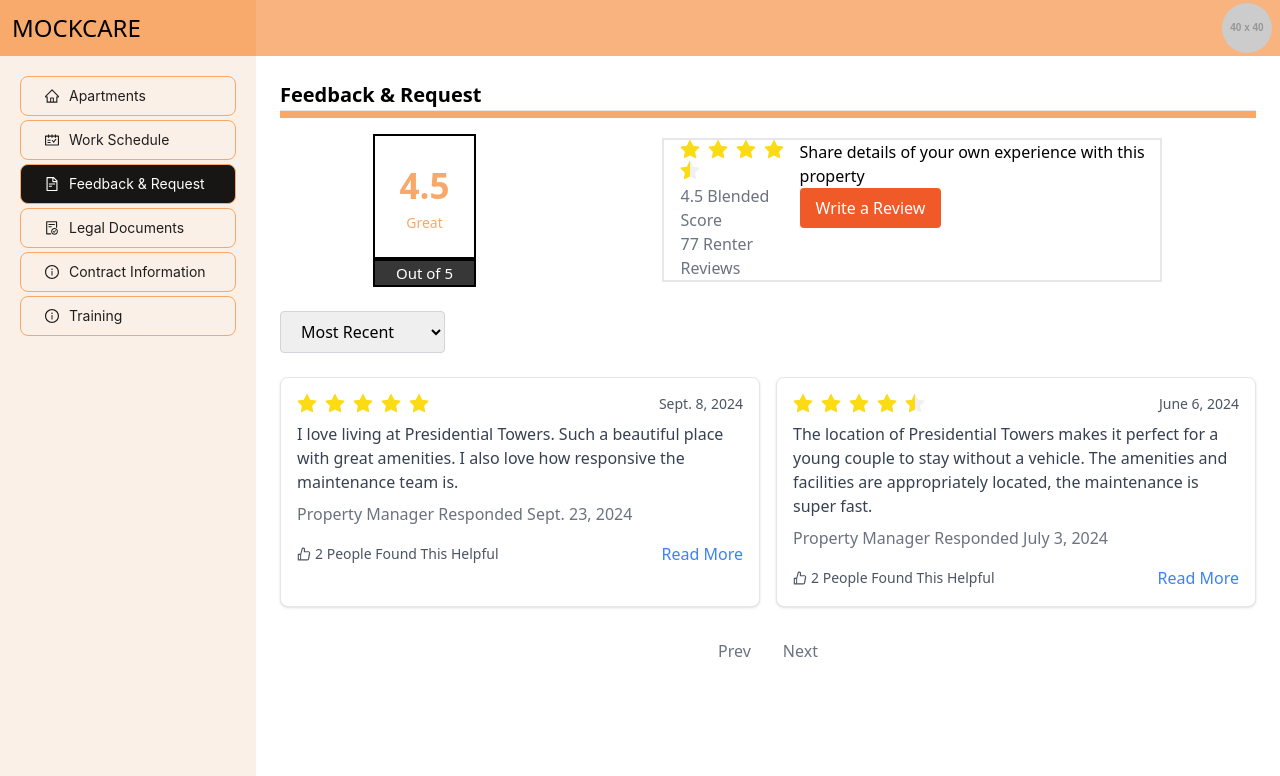
Repository: dunh-real/MockProject_102024_Nhom4
Page: / (app in frontend/)
These files come from the project's save history. The page is drawn as it stood at one moment and after the next save; the edit follows.
The browser window is 1280 px wide. The pictures show the whole page.
The project was rebuilt for these pictures with package versions that can differ from the ones it lists, and the page was loaded fresh each time. Also part of the build but not shown: frontend/vite.config.js, frontend/vite.config.ts, frontend/src/App.css, frontend/src/component/ReviewModal.tsx.

Above is the page before, as saved 2024-10-09 13:16:36.

### frontend/src/App.tsx

import './App.css'
import ReviewList from './pages/Feedback&Request/Feedback&Request'
// import LoginForm from './pages/Login/Login'

function App() {


  return (
    <>
      {/* <LoginForm/> */}
      <ReviewList/>
    </>
  )
}

export default App

### frontend/src/pages/Feedback&Request/Feedback&Request.tsx
import React, { useState } from 'react';
import { Rate } from 'antd'; // Dùng Antd cho Rate, có thể thay thế bằng biểu tượng của Tailwind nếu cần
import { LikeOutlined } from '@ant-design/icons';
import ReviewModal from '../../component/ReviewModal';
import Sidebar from '../../component/Sidebar';

interface Review {
    date: string;
    rating: number;
    text: string;
    managerResponse: string;
    helpfulCount: number;
}

const reviews: Review[] = [
    {
        date: 'Sept. 8, 2024',
        rating: 5,
        text: 'I love living at Presidential Towers. Such a beautiful place with great amenities. I also love how responsive the maintenance team is.',
        managerResponse: 'Property Manager Responded Sept. 23, 2024',
        helpfulCount: 2,
    },
    {
        date: 'June 6, 2024',
        rating: 4.5,
        text: 'The location of Presidential Towers makes it perfect for a young couple to stay without a vehicle. The amenities and facilities are appropriately located, the maintenance is super fast.',
        managerResponse: 'Property Manager Responded July 3, 2024',
        helpfulCount: 2,
    },
];

const ReviewList: React.FC = () => {
    const [showModal, setShowModal] = useState<boolean>(false);
    const [page, setPage] = useState<number>(1);

    const handlePageChange = (page: number) => {
        setPage(page);
    };

    const handleSortChange = (value: string) => {
        console.log(`Sort by: ${value}`);
    };

    return (
        <div className=" min-h-screen  bg-gray-50">
            <div className='flex  bg-[#f8a769d9]  justify-between items-center'>
                <div className=' bg-[#f8a769d9] p-3 w-1/5'>
                    <h1 className='text-2xl'>MOCKCARE</h1>
                </div>
                <div className="flex  justify-end">
                    <img
                        src="https://via.placeholder.com/40"
                        alt="Avatar"
                        className="rounded-full w-[50px] h-[50px] mr-2"
                    />
                </div>
            </div>
            <div className="flex">
                <Sidebar />
                <div className="w-4/5 p-6 bg-white">
                    <div className='mb-4'>
                        <h2 className='text-[20px] font-bold'>Feedback & Request</h2>
                        <hr className='h-[8px] bg-[#F8A869]' />
                    </div>
                    <div className="flex justify-around items-center mb-6">
                        <div className="flex flex-col   items-center">
                            <div className=" text-center text-[#F8A869] border-black border-2  p-6 ">
                                <div className=''>
                                    <p className="text-[35px] font-bold">4.5</p>
                                    <p className="text-sm text-[27px]">Great</p>
                                </div>

                            </div>
                            <div className="text-xs w-full border-black border-2 bg-[#000000c8]">
                                <p className='text-white p-1 text-[15px] text-center'>Out of 5</p>
                            </div>
                        </div>
                        <div className='border-2 w-[500px]  flex justify-around'>
                            <div className="ml-4 ">
                                <Rate allowHalf defaultValue={4.5} disabled />
                                <div className="text-gray-500">4.5 Blended Score</div>
                                <div className="text-gray-500">77 Renter Reviews</div>
                            </div>
                            <div>
                                <p>Share details of your own experience
                                with this property</p>
                                <button
                                    onClick={() => setShowModal(true)}
                                    className="bg-[#f05a28] text-white px-4 py-2 rounded hover:bg-[#f25f30]"
                                >
                                    Write a Review
                                </button>
                            </div>
                        </div>
                    </div>
                    <div className="mb-6 flex justify-between">
                        <select
                            onChange={(e) => handleSortChange(e.target.value)}
                            className="border border-gray-300 rounded px-4 py-2"
                        >
                            <option value="recent">Most Recent</option>
                            <option value="highest">Highest Rating</option>
                            <option value="lowest">Lowest Rating</option>
                        </select>
                    </div>
                    <div className="grid grid-cols-1 md:grid-cols-2 gap-4">
                        {reviews.slice((page - 1) * 2, page * 2).map((review, index) => (
                            <div key={index} className="p-4 border border-gray-200 rounded-lg bg-white shadow">
                                <div className="flex justify-between items-center mb-2">
                                    <Rate allowHalf defaultValue={review.rating} disabled />
                                    <span className="text-sm text-gray-600">{review.date}</span>
                                </div>
                                <p className="text-gray-700">{review.text}</p>
                                <p className="text-gray-500 mt-2">{review.managerResponse}</p>
                                <div className="flex justify-between items-center mt-4">
                                    <div className="flex items-center text-sm text-gray-600">
                                        <LikeOutlined className="mr-1" />
                                        {review.helpfulCount} People Found This Helpful
                                    </div>
                                    <button className="text-blue-500">Read More</button>
                                </div>
                            </div>
                        ))}
                    </div>
                    <div className="flex justify-center mt-6">
                        <button
                            onClick={() => handlePageChange(page - 1)}
                            className="px-4 py-2 text-gray-500"
                            disabled={page === 1}
                        >
                            Prev
                        </button>
                        <button
                            onClick={() => handlePageChange(page + 1)}
                            className="px-4 py-2 text-gray-500"
                        >
                            Next
                        </button>
                    </div>
                </div>
            </div>
            {showModal && <ReviewModal setShowModal={setShowModal} />}
        </div>
    );
};

export default ReviewList;

### frontend/src/component/Sidebar.tsx
import { Menu } from 'antd';
import { HomeOutlined, ScheduleOutlined, FileTextOutlined, FileDoneOutlined, InfoCircleOutlined } from '@ant-design/icons';

const Sidebar = () => {
  return (
    <div style={{ width: '20%', minHeight: '100vh', backgroundColor: '#FAF0E8', padding: '1rem' }}>
      <Menu
        defaultSelectedKeys={['feedback']}
        mode="inline"
        style={{ backgroundColor: '#FAF0E8', borderRight: 0 }}
      >
        <Menu.Item
          key="apartments"
          icon={<HomeOutlined />}
          style={{
            padding: '12px 24px',
            border:1, borderStyle:'solid', borderColor:'#F8A869'
          }}
        >
          Apartments
        </Menu.Item>
        <Menu.Item
          key="schedule"
          icon={<ScheduleOutlined />}
          style={{
            padding: '12px 24px',
            border:1, borderStyle:'solid', borderColor:'#F8A869'
          }}
        >
          Work Schedule
        </Menu.Item>
        <Menu.Item
          key="feedback"
          icon={<FileTextOutlined />}
          style={{
            backgroundColor: '#171615',
            color: 'white',
            padding: '12px 24px',
            border:1, borderStyle:'solid', borderColor:'#F8A869'
          }}
        >
          Feedback & Request
        </Menu.Item>
        <Menu.Item
          key="legal"
          icon={<FileDoneOutlined />}
          style={{
            padding: '12px 24px',
            border:1, borderStyle:'solid', borderColor:'#F8A869'
          }}
        >
          Legal Documents
        </Menu.Item>
        <Menu.Item
          key="contract"
          icon={<InfoCircleOutlined />}
          style={{
            padding: '12px 24px',
            border:1, borderStyle:'solid', borderColor:'#F8A869'
          }}
        >
          Contract Information
        </Menu.Item>
        <Menu.Item
          key="training"
          icon={<InfoCircleOutlined />}
          style={{
            padding: '12px 24px',
            border: 1, borderStyle: 'solid', borderColor: '#F8A869'
          }}
        >
          Training
        </Menu.Item>
      </Menu>
    </div>
  );
};

export default Sidebar;

Loaded but not shown: frontend/index.html (common file); frontend/src/main.jsx (common file); frontend/src/index.css (common file); frontend/tailwind.config.js (common file)

After the next save:
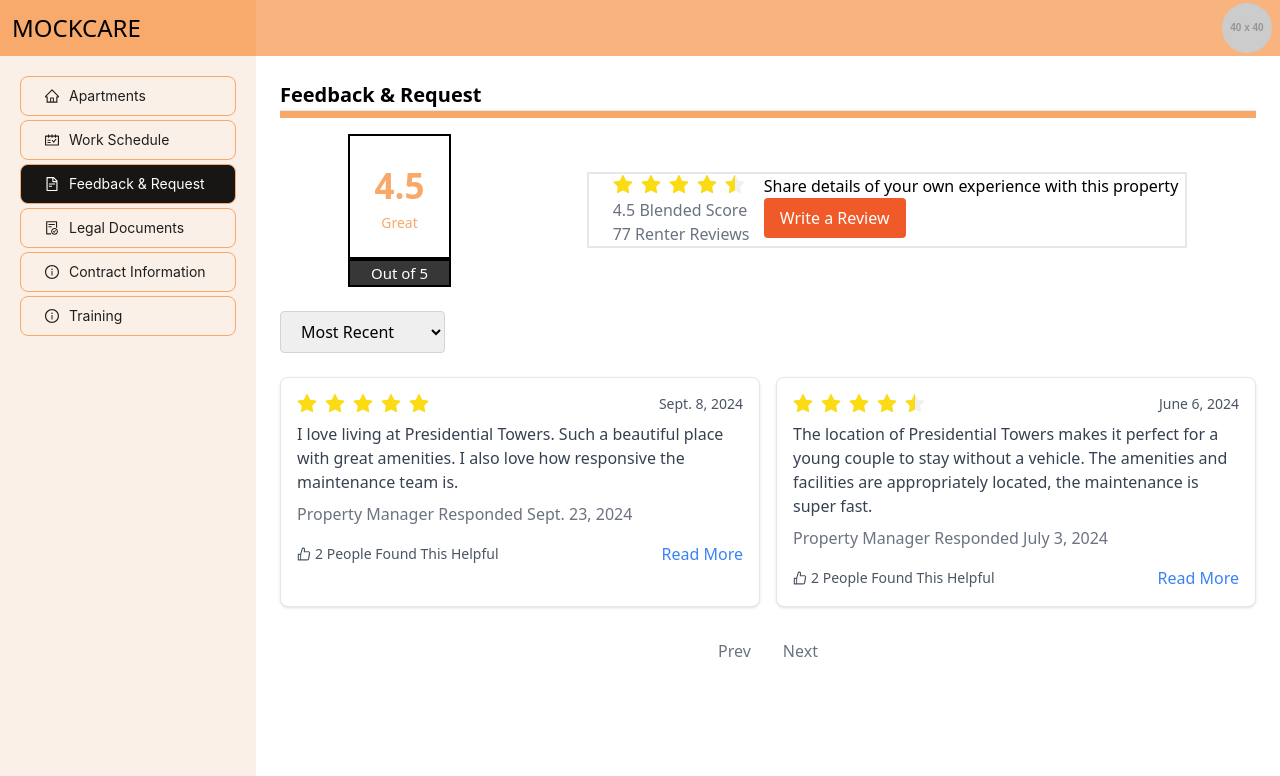
Saved 8 s later.
--- a/frontend/src/pages/Feedback&Request/Feedback&Request.tsx
+++ b/frontend/src/pages/Feedback&Request/Feedback&Request.tsx
@@ -75,7 +75,7 @@ const ReviewList: React.FC = () => {
                                 <p className='text-white p-1 text-[15px] text-center'>Out of 5</p>
                             </div>
                         </div>
-                        <div className='border-2 w-[500px]  flex justify-around'>
+                        <div className='border-2 w-[600px]  flex justify-around'>
                             <div className="ml-4 ">
                                 <Rate allowHalf defaultValue={4.5} disabled />
                                 <div className="text-gray-500">4.5 Blended Score</div>
